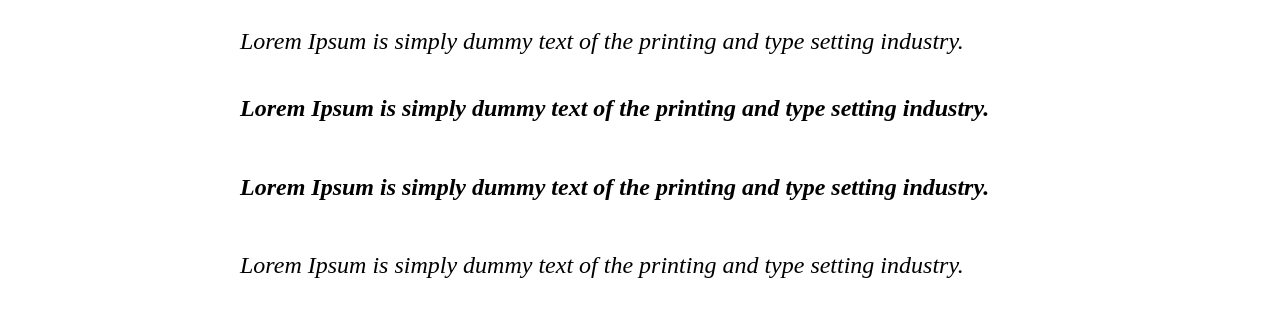
Repository: luna2222/web
Page: 01HTML5/WebContent/[11강]CSS3속성3/11_01_02.html
An editor plug-in stored every save of this project. The page is shown before and after the next save, followed by the edit.
The browser window is 1280 px wide. The pictures show the whole page.

Above is the page before, as saved 2019-02-20 05:40:21.

### 01HTML5/WebContent/[11강]CSS3속성3/11_01_02.html
<!DOCTYPE html>
<html>
<head>
<meta charset="UTF-8">
<title>폰트 2</title>
	<style>
		div{
		width: 800px;
		margin: 0 auto;
		padding: 20px;
		font-size: 1.5em;
		font-style: oblique;
		}
		div:nth-child(1) {

		}
		div:nth-child(2) {
		font-weight: bold;
		}

		div:nth-child(3) {
		font-weight: bold;
		line-height: 50px;
		}

	</style>
</head>
<body>
	<div>
	Lorem Ipsum is simply dummy text of the printing and type setting industry.
	</div>

	<div>
	Lorem Ipsum is simply dummy text of the printing and type setting industry.
	</div>
	<div>
	Lorem Ipsum is simply dummy text of the printing and type setting industry.
	</div>
	<div>
	Lorem Ipsum is simply dummy text of the printing and type setting industry.
	</div>
</body>
</html>

After the next save:
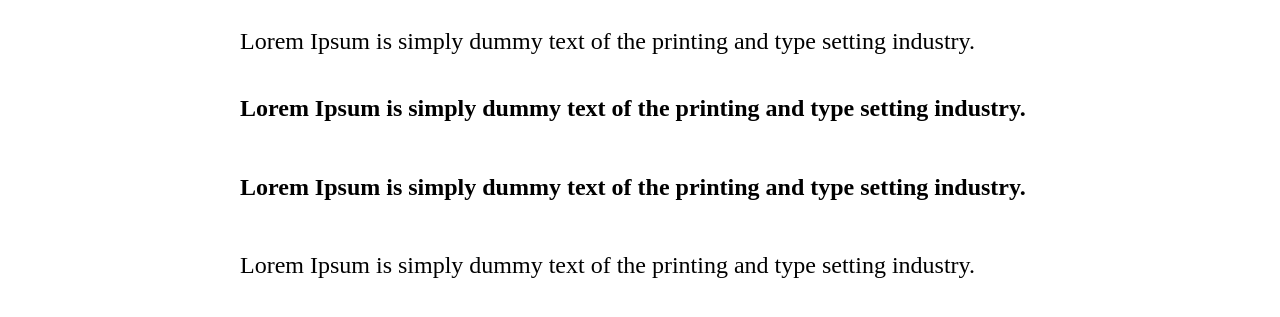
Saved 14 s later.
--- a/01HTML5/WebContent/[11강]CSS3속성3/11_01_02.html
+++ b/01HTML5/WebContent/[11강]CSS3속성3/11_01_02.html
@@ -9,7 +9,7 @@
 		margin: 0 auto;
 		padding: 20px;
 		font-size: 1.5em;
-		font-style: oblique;
+		font-style: inherit;
 		}
 		div:nth-child(1) {
 
